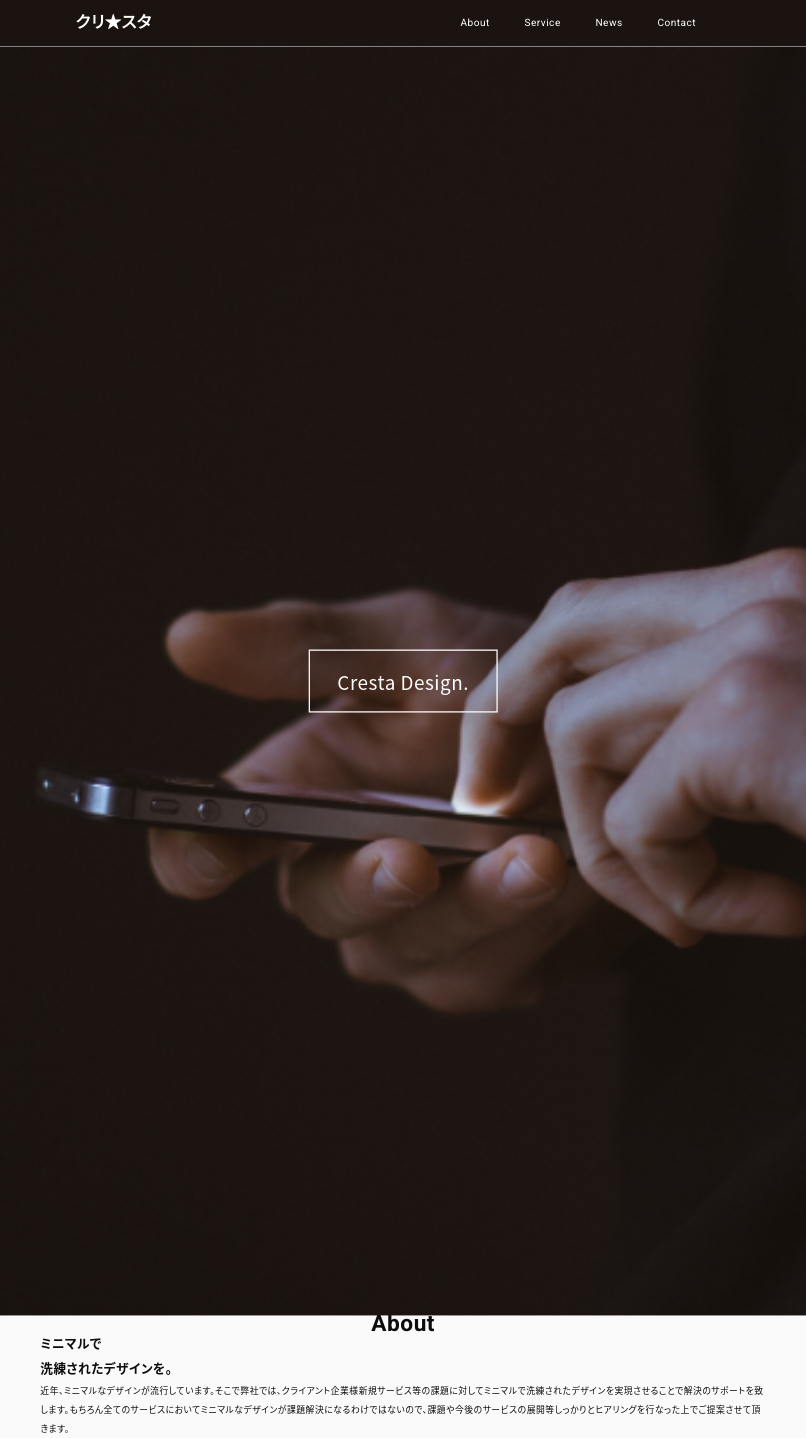
Repository: hatarakimono-kumasan/kurisuta_1st
Page: index.html
An editor plug-in stored every save of this project. The page is shown before and after the next save, followed by the edit.
The browser window is 1280 px wide. The pictures show the whole page, at 63% of full size.
Some web libraries are served in a nearby version. The style sheet was rebuilt from its Sass, Less or Tailwind sources for each picture, by a compiler version that may differ from the author's.

Above is the page before, as saved 2020-05-15 07:37:57.

### index.html
<!DOCTYPE html>
<html lang="en">
	<head>
		<meta charset="UTF-8" />
		<meta name="viewport" content="width=device-width, initial-scale=1.0" />
		<meta http-equiv="X-UA-Compatible" content="ie=edge" />
		<title>Cresta.design</title>
		<meta name="keywords" content="カンマ区切りで10個以内推奨" />
		<meta name="description" content="120文字以内" />
		<meta property="og:title" content="このページのタイトル" />
		<meta property="og:type" content="TOPページはwebsite、子ページはarticle" />
		<meta property="og:url" content="このページのURL" />
		<meta property="og:image" content="1200×630以上推奨、絶対パスで指定" />
		<meta property="og:site_name" content="サイト名" />
		<meta property="og:description" content="80〜90文字推奨" />
		<meta name="twitter:card" content="summary or summary_large_image" />
		<meta name="twitter:site" content="@ユーザー名" />
		<meta name="format-detection" content="telephone=no" />
		<!-- <link rel="shortcut icon" sizes="16x16" href="ファビコン" />
		<link rel="apple-touch-icon" sizes="192x192" href="タッチアイコン" />
		<link rel="shortcut icon" sizes="192x192" href="タッチアイコン" /> -->
		<meta name="last-modified" content="Sun, 29 Dec 2019 20:30:30 GMT" />
		<link
			href="https://use.fontawesome.com/releases/v5.6.1/css/all.css"
			rel="stylesheet"
		/>
		<link rel="stylesheet" href="style.css" />
		<script
			src="https://code.jquery.com/jquery-3.4.1.min.js"
			integrity="sha256-CSXorXvZcTkaix6Yvo6HppcZGetbYMGWSFlBw8HfCJo="
			crossorigin="anonymous"
		></script>
	</head>
	<body>
		<!-- header -->
		<header class="header">
			<h1 class="site-title"><a href="./">クリ★スタ</a></h1>
			<div class="nav-wrapper">
				<nav class="header-nav">
					<ul class="nav-list">
						<li class="nav-item"><a href="#about">About</a></li>
						<li class="nav-item"><a href="#service">Service</a></li>
						<li class="nav-item"><a href="#news">News</a></li>
						<li class="nav-item"><a href="#contact">Contact</a></li>
					</ul>
				</nav>
			</div>
			<button class="burger-btn">
				<span class="bars">
					<span class="bar bar_top"></span>
					<span class="bar bar_mid"></span>
					<span class="bar bar_bottom"></span>
				</span>
			</button>
		</header>
		<!-- //header -->

		<!--first view-->
		<div class="first_view">
			<img src="img/fv-bgi_sp@2x.jpg" alt="サイトイメージ" />
			<p>Cresta Design.</p>
		</div>
		<!--//first view-->

		<main>
			<section class="about" id="about">
				<h2>About</h2>
				<h3>
					ミニマルで<br />
					洗練されたデザインを。
				</h3>
				<p>
					近年、ミニマルなデザインが流行しています。そこで弊社では、クライアント企業様新規サービス等の課題に対してミニマルで洗練されたデザインを実現させることで解決のサポートを致します。もちろん全てのサービスにおいてミニマルなデザインが課題解決になるわけではないので、課題や今後のサービスの展開等しっかりとヒアリングを行なった上でご提案させて頂きます。
				</p>
			</section>
		</main>
		<script src="drawer.js"></script>
	</body>
</html>

### drawer.js
$(".burger-btn").on("click", function () {
	//.btn_triggerをクリックすると
	$(".burger-btn").toggleClass("close"); //.btn_triggerにcloseクラスを付与(ボタンのアニメーション)
	$(".nav-wrapper").fadeToggle(500); //.nav-wrapperが0.5秒でフェードイン(メニューのフェードイン)
	$("body").toggleClass("noscroll"); //bodyにnoscrollクラスを付与(スクロールを固定)
});

if ($(window).width() < 768) {
	//デバイスの幅が768以下のとき
	$(".nav-item>a").on("click", function () {
		//.nav-item>aをクリックすると
		$(".nav-wrapper").fadeOut(500); //.nav-wrapperが0.5秒でフェードアウト(メニューのフェードアウト)
		$(".burger-btn").removeClass("close"); //.btn_triggerのcloseクラスを削除
		$("body").removeClass("noscroll"); //bodyのnoscrollクラスを削除
	});
}

### style.scss
/* ======================================
Foundation
====================================== */

@import "scss/foundation/reset";
@import "scss/foundation/mixin";
@import "scss/foundation/settings";
@import "scss/foundation/base";

/* ======================================
Layout
====================================== */

@import "scss/layout/header";
// @import 'layout/nav';
@import "scss/layout/main";
// @import 'layout/footer';

/* ======================================
Object
====================================== */

/**
Component
----------------------------------- */

// @import 'object/component/';

/**
Project
----------------------------------- */

// @import 'object/project/';

/**
Utility
----------------------------------- */
// @import 'object/utility/';

### scss/foundation/_reset.scss
html,
body,
div,
span,
object,
iframe,
h1,
h2,
h3,
h4,
h5,
h6,
p,
blockquote,
pre,
abbr,
address,
cite,
code,
del,
dfn,
em,
img,
ins,
kbd,
q,
samp,
small,
strong,
sub,
sup,
var,
b,
i,
dl,
dt,
dd,
ol,
ul,
li,
fieldset,
form,
label,
legend,
table,
caption,
tbody,
tfoot,
thead,
tr,
th,
td,
article,
aside,
canvas,
details,
figcaption,
figure,
footer,
header,
hgroup,
menu,
nav,
section,
summary,
time,
mark,
audio,
video {
	margin: 0;
	padding: 0;
	border: 0;
	outline: 0;
	font-size: 100%;
	vertical-align: baseline;
	background: transparent;
}
body {
	line-height: 1;
}
article,
aside,
details,
figcaption,
figure,
footer,
header,
hgroup,
menu,
nav,
section,
main {
	display: block;
}
ol,
ul {
	list-style: none;
}
blockquote,
q {
	quotes: none;
}
blockquote:before,
blockquote:after,
q:before,
q:after {
	content: "";
	content: none;
}
a {
	margin: 0;
	padding: 0;
	font-size: 100%;
	vertical-align: baseline;
	background: transparent;
}
ins {
	background-color: #ff9;
	color: #333;
	text-decoration: none;
}
mark {
	background-color: #ff9;
	color: #333;
	font-style: italic;
	font-weight: bold;
}
del {
	text-decoration: line-through;
}
abbr[title],
dfn[title] {
	border-bottom: 1px dotted;
	cursor: help;
}
table {
	border-collapse: collapse;
	border-spacing: 0;
}
hr {
	display: block;
	height: 1px;
	border: 0;
	border-top: 1px solid #cccccc;
	margin: 1em 0;
	padding: 0;
}
input,
select {
	vertical-align: middle;
}

### scss/foundation/_mixin.scss
// --------------------------------------------------------
//  mixin (mobile to pc)
// --------------------------------------------------------

$tab: 768px;
$lap: 1024px;
$pc: 1200px;

@mixin tab {
	@media screen and (min-width: ($tab)) {
		@content;
	}
}

@mixin lap {
	@media screen and (min-width: ($lap)) {
		@content;
	}
}

@mixin pc {
	@media screen and (min-width: ($pc)) {
		@content;
	}
}

### scss/foundation/_settings.scss
/*
font
------------------------------------------*/
@import url("https://fonts.googleapis.com/css2?family=Roboto:wght@400;700&display=swap");
body {
	font-family: Roboto, "Noto Sans JP", 游ゴシック, "Yu Gothic", 游ゴシック体,
		YuGothic, "ヒラギノ角ゴ Pro W3", "Hiragino Kaku Gothic Pro", "Meiryo UI",
		メイリオ, Meiryo, sans-serif;
	font-size: medium;
	letter-spacing: 0.05em;
	word-break: break-all;
}
h1,
h2,
h3,
h4,
h5,
strong {
	font-weight: bold;
}

/*フォントサイズ
https://websemantics.uk/tools/responsive-font-calculator/
-------------------------------------------------*/
html {
	font-size: 62.5%;
}
body {
	font-size: 1.6rem; /* 16px*/
	line-height: 2;
}
h1 {
	font-size: 26px; /* IE8以下とAndroid4.3以下用フォールバック */
	font-size: 2.6rem;
	line-height: calc(24 / 36);
	font-family: Roboto;
}
h2 {
	font-size: 36px; /* IE8以下とAndroid4.3以下用フォールバック */
	font-size: 3.6rem;
	line-height: calc(24 / 36);
	font-family: Roboto;
	text-align: center;
}
h3 {
	font-size: 20px; /* IE8以下とAndroid4.3以下用フォールバック */
	font-size: 2rem;
	line-height: calc(40 / 20);
	font-family: "Noto Sans CJK JP";
}
p {
	font-size: 14px; /* IE8以下とAndroid4.3以下用フォールバック */
	font-size: 1.4rem;
	line-height: calc(30 / 14);
	font-family: "Noto Sans CJK JP";
	letter-spacing: calc(50 / 1000);
}

### scss/foundation/_base.scss
/*
Base
---------------------------------------------- */
html {
	box-sizing: border-box;
	height: 100%;
}
*,
*:before,
*:after {
	box-sizing: inherit;
}
body {
	height: 100%;
	font-feature-settings: "palt";
	color: #0d0d0d;
	background-color: #fafafa;
}
img {
	max-width: 100%;
	height: auto;
	vertical-align: bottom;
}
a {
	color: inherit;
}
input,
textarea {
	font-family: inherit;
	font-size: 100%;
}

### scss/layout/_header.scss
// body {
// 	color: #141414;
// 	font-size: 1.4rem;
// 	line-height: 1.8;
// 	letter-spacing: 0.05em;

// 	font-family: "Roboto", sans-serif, "Noto Sans JP", sans-serif;
// }
.noscroll {
	overflow: hidden;
}
/* img {
	width: 100%;
	vertical-align: bottom;
} */
a {
	text-decoration: none;
	color: #fff;
}
// .section-title {
// 	font-size: 3.6rem;
// 	font-weight: bold;
// 	text-align: center;
// 	letter-spacing: 0.05em;
// 	margin-bottom: 70px;
// }
// h3 {
// 	font-size: 2.4rem;
// 	font-weight: bold;
// 	line-height: 2;
// 	letter-spacing: 0.1em;
// 	margin-bottom: 40px;
// }
// .section-wrapper {
// 	padding: 100px 10% 50px;
// }

/* ------------------ */
/* header */
/* ------------------ */
.header {
	background-color: #1b1310;
	color: #fff;
	height: 74px;
	display: flex;
	justify-content: space-between;
	align-items: center;
	padding: 0 120px;
	border-bottom: 1px solid #fff;
}
.nav-list {
	/* navの横並び */
	display: flex;
}
.nav-item {
	/* メニューの右側に余白 */
	margin-right: 55px;
}
.burger-btn {
	display: none;
}

@media screen and (max-width: 768px) {
	/* ----------------------- */
	/* base_sp
/* ----------------------- */

	// h3 {
	// 	font-size: 2rem;
	// 	margin-bottom: 30px;
	// }
	// .section-wrapper {
	// 	padding: 100px 5% 50px;
	// }
	/* ------------------ */
	/* humberger-menu */
	/* ------------------ */
	.header {
		padding: 0 5%;
	}
	.burger-btn {
		display: block;
		width: 39px;
		height: 39px;
		position: relative;
		z-index: 3;
		/*   codepenの挙動のため */
		background-color: transparent;
		border: none;
	}
	.bar {
		width: 20px;
		height: 1px;
		display: block;
		position: absolute;
		left: 50%;
		transform: translateX(-50%);
		background-color: #fff;
	}
	.bar_top {
		top: 10px;
	}
	.bar_mid {
		top: 50%;
		transform: translate(-50%, -50%);
	}
	.bar_bottom {
		bottom: 10px;
	}
	.burger-btn.close .bar_top {
		transform: translate(-50%, 10px) rotate(45deg);
		transition: transform 0.3s;
	}
	.burger-btn.close .bar_mid {
		opacity: 0;
		transition: opacity 0.3s;
	}
	.burger-btn.close .bar_bottom {
		transform: translate(-50%, -8px) rotate(-45deg);
		transition: transform 0.3s;
	}
	.nav-wrapper {
		display: none;
		width: 100vw;
		height: 100vh;
		position: fixed;
		top: 0;
		left: 0;
		z-index: 2; /*キービジュアルと.btn_triggerとの重なりの前後関係を調整*/
	}
	.header-nav {
		width: 100%;
		height: 100%;
		background-color: #1b1310;
		z-index: 2;
	}
	.header-nav .nav-list {
		display: block;
		position: absolute;
		top: 50%;
		left: 50%;
		transform: translate(-50%, -50%);
		text-align: center;
	}
	.header-nav .nav-item {
		margin-right: 0;
		margin-bottom: 40px;
	}
}

### scss/layout/_main.scss
/*=======================================
first view
=========================================*/
.first_view {
	width: 100%;
	position: relative;

	img {
		min-width: 100%;
	}
	p {
		width: 300px;
		height: 100px;
		border: #fff 2px solid;
		color: #fff;
		position: absolute;
		transform: translateY(-50%);
		font-size: 3rem;
		top: 50%;
		left: 50%;
		text-align: center;
		transform: translate(-50%, -50%);
		line-height: 100px;
	}
}

/*=============================================
about
===============================================*/
.about {
	width: 90%;
	margin-top: 10rem;
	margin: auto;
}

After the next save:
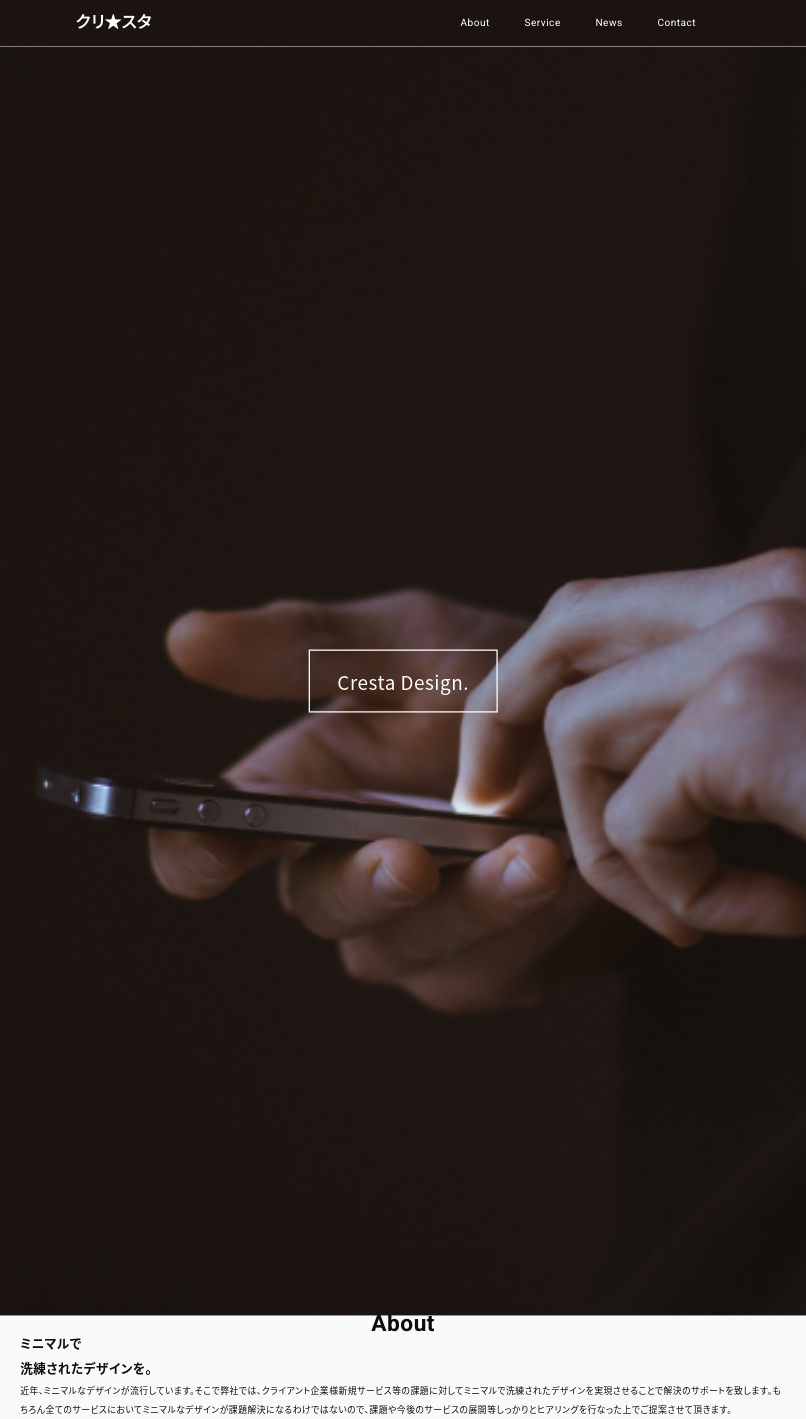
Saved 35 s later.
--- a/scss/layout/_main.scss
+++ b/scss/layout/_main.scss
@@ -28,7 +28,6 @@ first view
 about
 ===============================================*/
 .about {
-	width: 90%;
-	margin-top: 10rem;
+	width: 95%;
 	margin: auto;
 }
